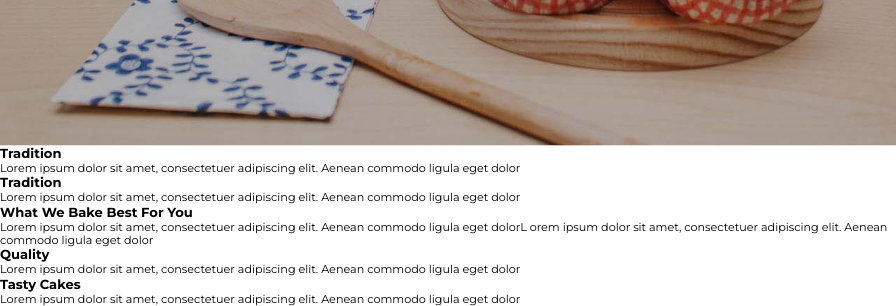
Repository: giahuy405/Bake
Page: index.html
These files come from the project's save history. The page is drawn as it stood at one moment and after the next save; the edit follows.
The browser window is 1280 px wide. The pictures show the part of the page from y = 661 to 2581 px (the page is 1098 px tall before and 3094 px after), at 70% of full size.

Above is the page before, as saved 2022-09-13 14:47:39.

After the next save:
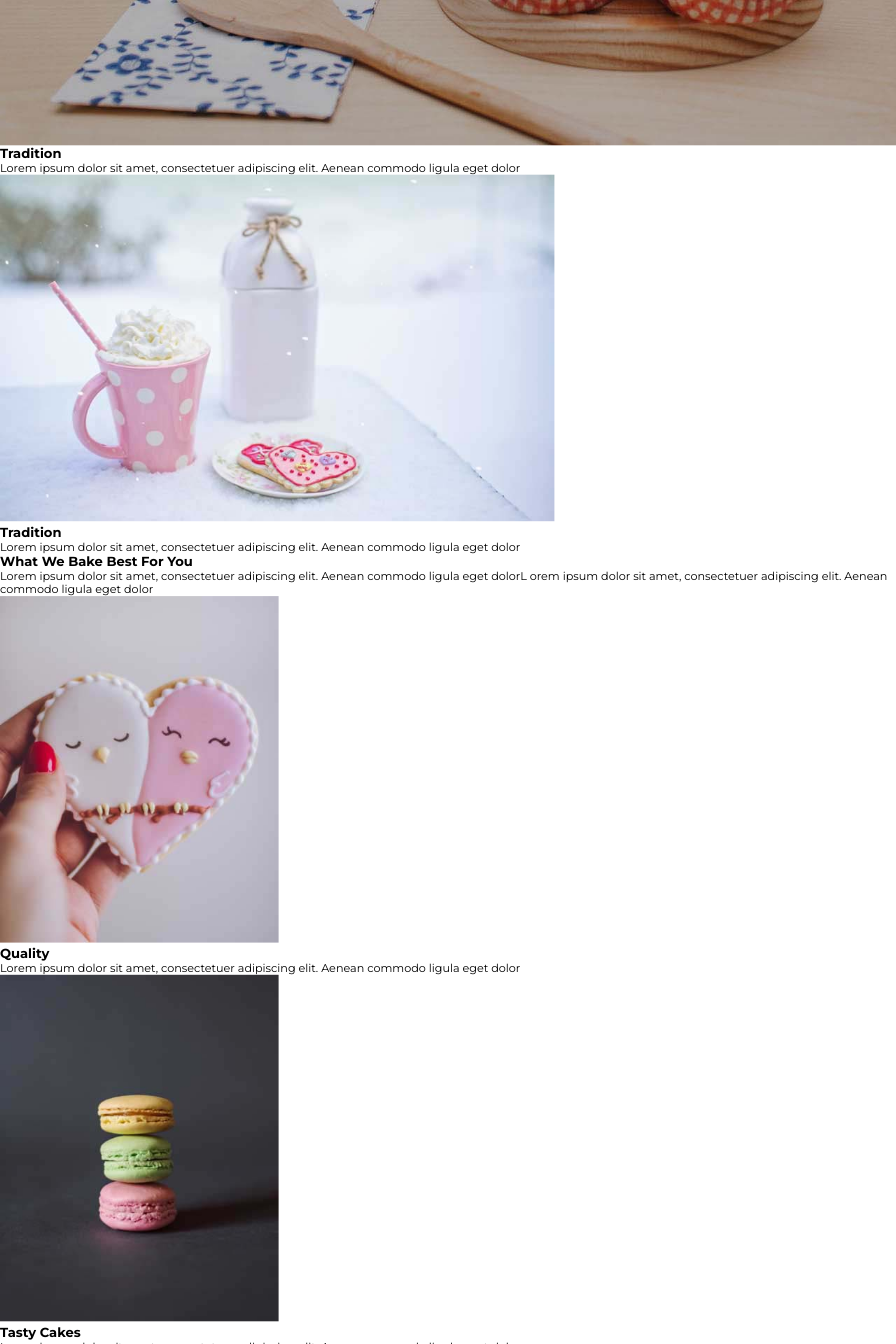
Saved 27 s later.
--- a/index.html
+++ b/index.html
@@ -41,7 +41,7 @@
                 </div>
             </div>
             <div class="intro__item">
-
+                <img src="./img/ab1.jpg" alt="">
             </div>
             <div class="intro__item">
                 <div class="intro__content">
@@ -56,7 +56,7 @@
                 </div>
             </div>
             <div class="intro__item">
-
+                <img src="./img/ab2.jpg" alt="">
             </div>
             <div class="intro__item">
                 <div class="intro__content">
@@ -65,7 +65,7 @@
                 </div>
             </div>
             <div class="intro__item">
-
+                <img src="./img/ab3.jpg" alt="">
             </div>
             <div class="intro__item">
                 <div class="intro__content">
@@ -74,7 +74,7 @@
                 </div>
             </div>
             <div class="intro__item">
-
+                <img src="./img/ab4.jpg" alt="">
             </div>
         </section>
 </body>
